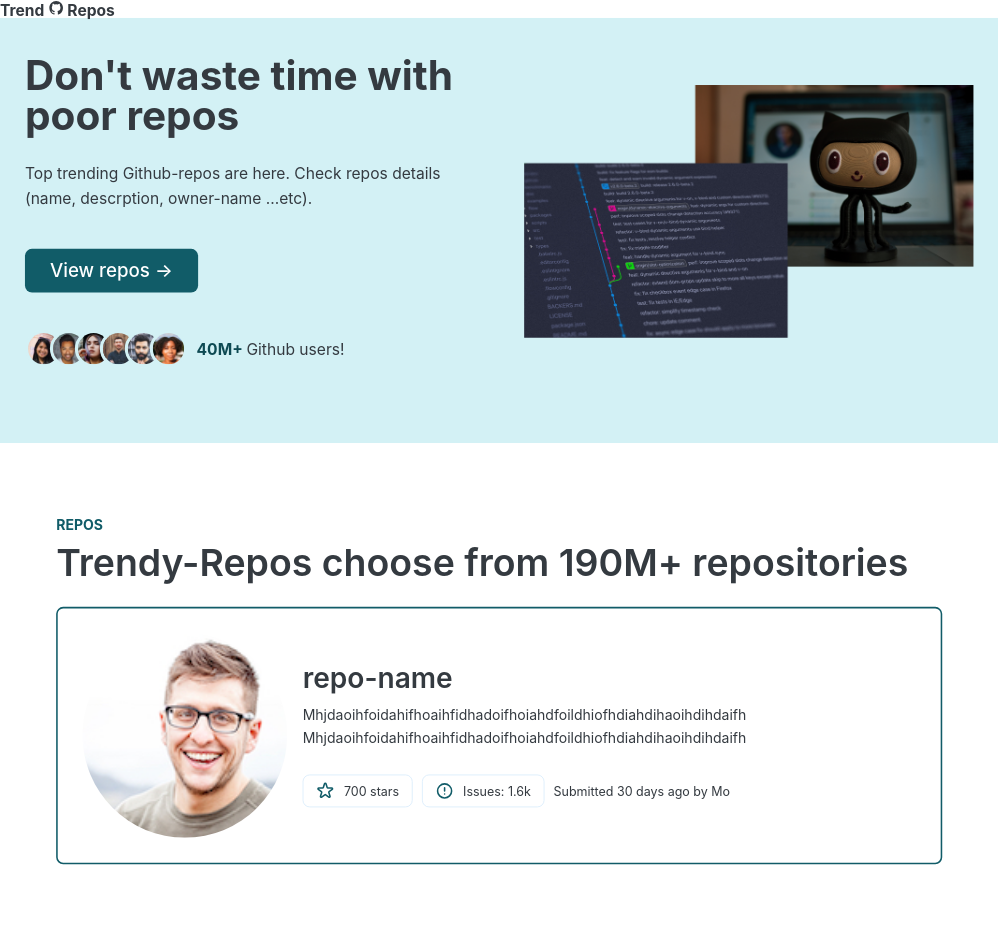
Repository: MoRamdan11/Trending-repos-challenge
Page: /
These files come from the project's save history. The page is drawn as it stood at one moment and after the next save; the edit follows.
The browser window is 1280 px wide. The pictures show the whole page, at 78% of full size.
Some web libraries are served in a nearby version. The project was rebuilt for these pictures with package versions that can differ from the ones it lists, and the page was loaded fresh each time. Also part of the build but not shown: src/App.css, src/components/test.js, src/components/Navbar/navbar.css.

Above is the page before, as saved 2021-09-01 03:23:43.

### public/index.html
<!DOCTYPE html>
<html lang="en">
  <head>
    <meta charset="utf-8" />
    <link rel="icon" href="%PUBLIC_URL%/favicon.ico" />
    <meta name="viewport" content="width=device-width, initial-scale=1" />
    <meta name="theme-color" content="#000000" />
    <meta
      name="description"
      content="Web site created using create-react-app"
    />
    <link rel="apple-touch-icon" href="%PUBLIC_URL%/logo192.png" />
    <link rel="manifest" href="%PUBLIC_URL%/manifest.json" />
    <title>React App</title>
    <link
      href="https://fonts.googleapis.com/css2?family=Rubik:wght@400;500;600;700&display=swap"
      rel="stylesheet"
    />
    <link rel="stylesheet" href="style.css" />
    <script
      type="module"
      src="https://unpkg.com/ionicons@5.4.0/dist/ionicons/ionicons.esm.js"
    ></script>
    <script
      nomodule=""
      src="https://unpkg.com/ionicons@5.4.0/dist/ionicons/ionicons.js"
    ></script>
  </head>
  <body>
    <noscript>You need to enable JavaScript to run this app.</noscript>
    <div id="root"></div>
  </body>
</html>

### src/App.js
import "./App.css";
import {
  BrowserRouter,
  Route,
  Switch,
  Link,
  NavLink,
  Router,
} from "react-router-dom";
import Test from "./components/test";
import Hero from "./components/Hero/hero.js";
import Home from "./pages/home.js";

function App() {
  return (
    <BrowserRouter>
      <div>
        <Switch>
          <Route path="/" component={Home} exact={true} />
        </Switch>
      </div>
    </BrowserRouter>
  );
}

export default App;

### src/components/Hero/hero.js
import React from "react";
import "./hero.css";

const Hero = () => {
  return (
    <div className="hero">
      <div className="hero-container grid grid--2cols">
        <div>
          <h1 className="heading-primay">Don't waste time with poor repos</h1>
          <p className="hero-text">
            Top trending Github-repos are here. Check repos details (name,
            descrption, owner-name ...etc).
          </p>
          <a href="#" className="btn">
            View repos &rarr;
          </a>
          <div className="users-container">
            <div className="user-imgs">
              <img
                src={require("../../img/users/user-1.jpg").default}
                alt="github-user-img"
              />
              <img
                src={require("../../img/users/user-2.jpg").default}
                alt="github-user-img"
              />
              <img
                src={require("../../img/users/user-3.jpg").default}
                alt="github-user-img"
              />
              <img
                src={require("../../img/users/user-4.jpg").default}
                alt="github-user-img"
              />
              <img
                src={require("../../img/users/user-5.jpg").default}
                alt="github-user-img"
              />
              <img
                src={require("../../img/users/user-6.jpg").default}
                alt="github-user-img"
              />
            </div>
            <p className="users-text">
              <span>40M+ </span>Github users!
            </p>
          </div>
        </div>
        <div className="hero-img-box">
          <img
            class="hero-img"
            src={require("./hero-img.png").default}
            alt="github logo and github code"
          />
        </div>
      </div>
    </div>
  );
};

export default Hero;

### src/pages/home.js
import React from "react";
import Navbar from "../components/Navbar/navbar";
import Hero from "../components/Hero/hero";
import Repos from "../components/section-repos";
const Home = () => {
  return (
    <header>
      <Navbar />
      <Hero />
      <Repos />
    </header>
  );
};

export default Home;

### src/components/Hero/hero.css
.hero {
  background-color: #d3f1f5;
  padding: 4.8rem 0 9.6rem 0;
}

.hero-container {
  max-width: 130rem;
  margin: 0 auto;
  /*padding left-rigt to give some space when screen become smaller*/
  padding: 0 3.2rem;
}

.hero-text {
  font-size: 2rem;
  line-height: 1.6;
  margin-bottom: 4.8rem;
}

.hero-img-box {
  align-self: center;
}

.hero-img {
  width: 100%;
}

.users-container {
  display: flex;
  align-items: center;
  gap: 1.2rem;
  margin-top: 4.8rem;
}

.user-imgs img {
  width: 4.8rem;
  height: 4.8rem;
  border-radius: 50%;
  margin-right: -1.6rem;
  border: 4px solid #d3f1f5;
}

.user-imgs img:last-child {
  margin-right: 0;
}

.users-text {
  font-size: 2rem;
  line-height: 1.6;
}
.users-text span {
  font-weight: 700;
  color: #0e4a53;
}

### src/components/Navbar/navbar.js
import React from "react";
import "./navbar.css";

const Navbar = () => {
  return (
    <header>
      <h1>
        Trend <ion-icon name="logo-github"></ion-icon> Repos
      </h1>
    </header>
  );
};

export default Navbar;

### src/components/section-repos.js
import React from "react";
import Repo from "./Repo-Row/repo";
import "./section-repos.css";

const Repos = () => {
  return (
    <section className="section-repos">
      <div className="container">
        <header>
          <p className="subheading">Repos</p>
          <h2 className="heading-secondary">
            Trendy-Repos choose from 190M+ repositories
          </h2>
        </header>
        <div>
          <Repo />
        </div>
      </div>
    </section>
  );
};

export default Repos;

### src/components/Repo-Row/repo.js
import React from "react";
import "./repo.css";
const Row = () => {
  return (
    <div className="repo-box">
      <img
        src={require("../../img/users/steve.jpg").default}
        alt="repo-owner-img"
        className="repo-img"
      />
      <div>
        <p className="repo-name">repo-name</p>
        <p className="repo-description">
          Mhjdaoihfoidahifhoaihfidhadoifhoiahdfoildhiofhdiahdihaoihdihdaifh
          Mhjdaoihfoidahifhoaihfidhadoifhoiahdfoildhiofhdiahdihaoihdihdaifh
        </p>
        <aside className="repo-secondary-info">
          <div className="repo-stars">
            <svg
              xmlns="http://www.w3.org/2000/svg"
              class="icon"
              fill="none"
              viewBox="0 0 24 24"
              stroke="currentColor"
            >
              <path
                stroke-linecap="round"
                stroke-linejoin="round"
                stroke-width="2"
                d="M11.049 2.927c.3-.921 1.603-.921 1.902 0l1.519 4.674a1 1 0 00.95.69h4.915c.969 0 1.371 1.24.588 1.81l-3.976 2.888a1 1 0 00-.363 1.118l1.518 4.674c.3.922-.755 1.688-1.538 1.118l-3.976-2.888a1 1 0 00-1.176 0l-3.976 2.888c-.783.57-1.838-.197-1.538-1.118l1.518-4.674a1 1 0 00-.363-1.118l-3.976-2.888c-.784-.57-.38-1.81.588-1.81h4.914a1 1 0 00.951-.69l1.519-4.674z"
              />
            </svg>
            <p>700 stars</p>
          </div>
          <div className="repo-issues">
            <svg
              xmlns="http://www.w3.org/2000/svg"
              class="icon"
              fill="none"
              viewBox="0 0 24 24"
              stroke="currentColor"
            >
              <path
                stroke-linecap="round"
                stroke-linejoin="round"
                stroke-width="2"
                d="M12 8v4m0 4h.01M21 12a9 9 0 11-18 0 9 9 0 0118 0z"
              />
            </svg>
            <p>Issues: 1.6k</p>
          </div>
          <p className="repo-submit">Submitted 30 days ago by Mo</p>
        </aside>
      </div>
    </div>
  );
};

export default Row;

### src/components/section-repos.css
.section-repos {
  padding: 9.6rem 0;
}

### src/components/Repo-Row/repo.css
.repo-box {
  /*Special-Grid*/
  margin-top: 3.2rem;
  display: grid;
  grid-template-columns: 1fr 3fr;
  column-gap: 2rem;
  border: 2px solid #115c68;
  padding: 3.2rem;
  border-radius: 9px;
  align-items: center;
}

.repo-img {
  width: 100%;
  border-radius: 50%;
}

.repo-name {
  font-size: 3.6rem;
  font-weight: 600;
  margin-bottom: 1.6rem;
}

.repo-description {
  font-size: 1.8rem;
  line-height: 1.6;
  margin-bottom: 3.2rem;
}

.repo-secondary-info {
  display: flex;
  gap: 1.2rem;
  align-items: center;
}

.repo-stars,
.repo-issues {
  font-size: 1.6rem;
  padding: 0.8rem 1.6rem;
  border-radius: 9px;
  border: 1px solid #d6ebfc;
  display: flex;
  align-items: center;
  gap: 1.2rem;
}

.icon {
  width: 2.4rem;
  height: 2.4rem;
  color: #115c68;
}

.repo-submit {
  font-size: 1.6rem;
}

### public/style.css
* {
  margin: 0;
  padding: 0;
  box-sizing: border-box;
}

html {
  font-size: 62.5%;
}

body {
  font-family: "Rubik", sans-serif;
  line-height: 1;
  font-weight: 400;
  color: #343a40;
}

/***********************/
/*RESUABLE CLASSES*/
/**********************/

.grid {
  display: grid;
  column-gap: 6.4rem;
  row-gap: 9.6rem;
}

.grid--2cols {
  grid-template-columns: repeat(2, 1fr);
}

.container {
  max-width: 120rem;
  margin: 0 auto;
  /*padding left-rigt to give some space when screen become smaller*/
  padding: 0 3.2rem;
}

.heading-primay {
  font-size: 5.2rem;
  font-weight: 700;
  margin-bottom: 3.2rem;
}

.heading-secondary {
  font-size: 4.8rem;
  font-weight: 600;
  margin-bottom: 3.2rem;
}

.subheading {
  font-size: 1.8rem;
  text-transform: uppercase;
  font-weight: 700;
  color: #115c68;
  margin-bottom: 1.6rem;
}

.btn:link,
.btn:visited {
  display: inline-block; /*Applying box model to <a> tag*/
  text-decoration: none;
  font-size: 2.4rem;
  font-weight: 500;
  padding: 1.6rem 3.2rem;
  border-radius: 9px;
  background-color: #115c68;
  color: #fff;
  transition: all 0.3s;
  cursor: pointer;
}

.btn:hover,
.btn:active {
  background-color: #0e4a53;
}

/* .container {
  padding: 9.6rem 0;
} */
/*
--- 01 TYPOGRAPHY SYSTEM

- Font sizes (px)
10 / 12 / 14 / 16 / 18 / 20 / 24 / 30 / 36 / 44 / 52 / 62 / 74 / 86 / 98

h1-size: 5.2rem
p-size: 2rem

- Font weights
Default: 400
Medium: 500
Semi-bold: 600
Bold: 700

- Line heights
Default: 1
Small: 1.05
Medium: 1.2
Paragraph default: 1.6

- Letter spacing
-0.5px
0.75px

--- 02 COLORS
- primary: #339af0
-Tints:#d6ebfc
-Shades:
#115c68
-Accents:
-Greys:
#343a40

*/

Loaded but not shown: src/index.js (common file); src/index.css (common file); src/reportWebVitals.js (common file)

After the next save:
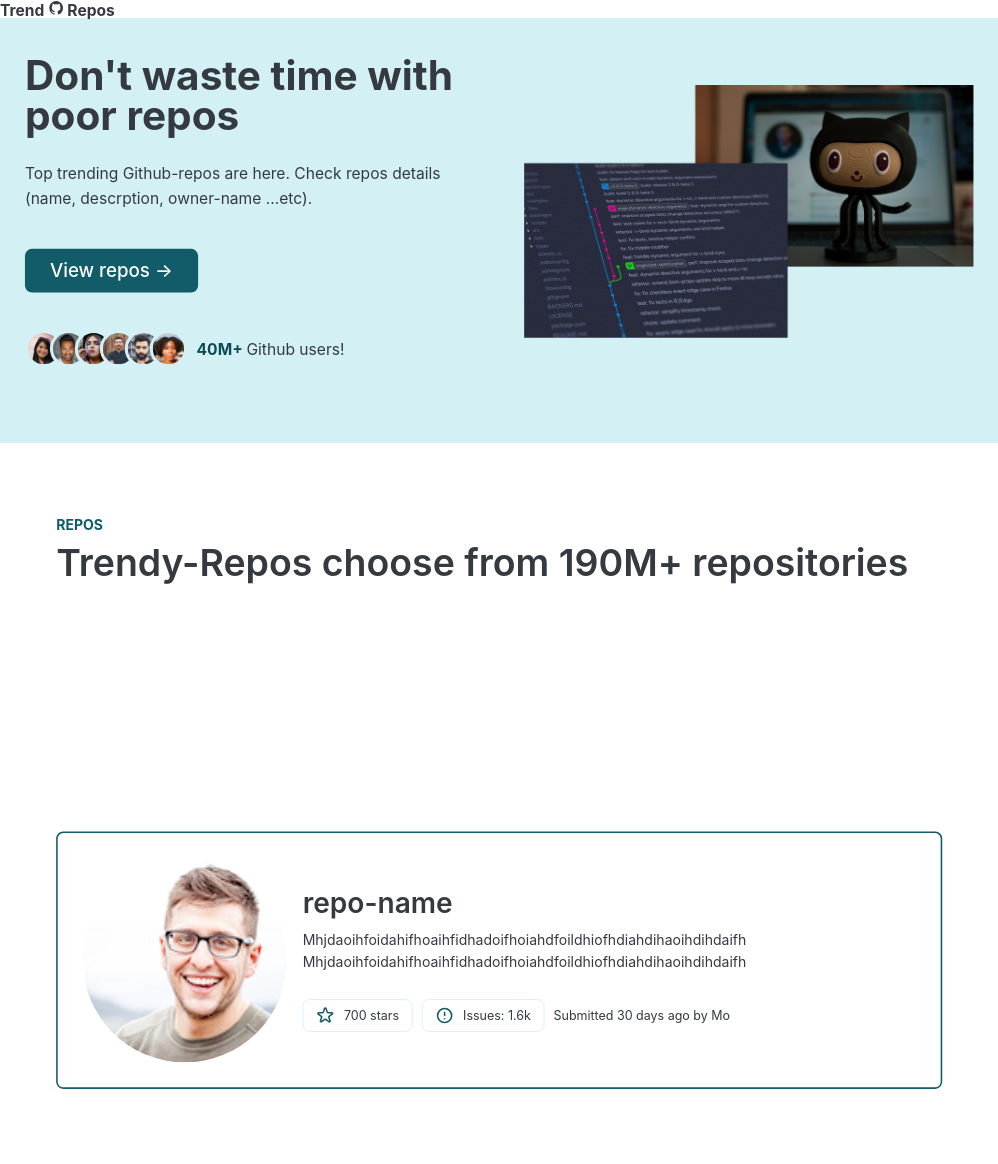
Saved 9 s later.
--- a/src/components/Repo-Row/repo.css
+++ b/src/components/Repo-Row/repo.css
@@ -1,6 +1,6 @@
 .repo-box {
   /*Special-Grid*/
-  margin-top: 3.2rem;
+  margin-top: 32rem;
   display: grid;
   grid-template-columns: 1fr 3fr;
   column-gap: 2rem;
